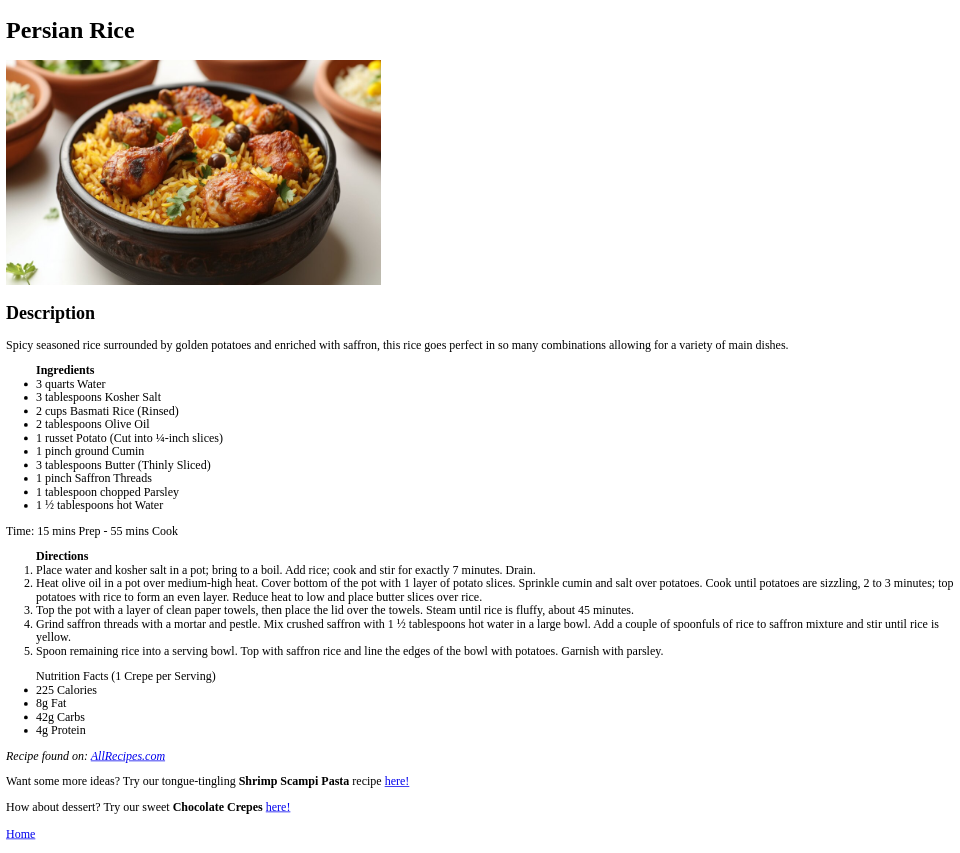
Repository: Mervens/odin-recipes
Page: recipes/persian-rice.html
The author's editor kept a copy of each file at every save. The page is drawn from the files as they stood at one save, then again after the next save.
The browser window is 1280 px wide. The pictures show the whole page, at 75% of full size.

Above is the page before, as saved 2025-06-22 12:08:25.

### recipes/persian-rice.html
<!DOCTYPE html>

<html lang="en">

<head>
    <meta charset="UTF-8">
    <title>Persian Rice | Odin Recipes</title>
</head>

<body>
    <h1 class="header">Persian Rice</h1>

    <img src="../recipes/images/Persian Rice.jpg"
        alt="Photo of Basmati Rice Dish. Image found on CCNull.de - linked in ReadME." height=300 width=500>
    <h2>Description</h2>
    <p>Spicy seasoned rice surrounded by golden potatoes and enriched with saffron, this rice goes perfect in so many
        combinations allowing for a variety of main dishes.</p>
    <ul><strong>Ingredients</strong>
        <li>3 quarts Water</li>
        <li>3 tablespoons Kosher Salt</li>
        <li>2 cups Basmati Rice (Rinsed)</li>
        <li>2 tablespoons Olive Oil</li>
        <li>1 russet Potato (Cut into ¼-inch slices)</li>
        <li>1 pinch ground Cumin</li>
        <li>3 tablespoons Butter (Thinly Sliced)</li>
        <li>1 pinch Saffron Threads</li>
        <li>1 tablespoon chopped Parsley</li>
        <li>1 ½ tablespoons hot Water</li>
    </ul>
    <p>Time: 15 mins Prep - 55 mins Cook</p>
    <ol class="directions"><strong>Directions</strong>
        <li>Place water and kosher salt in a pot; bring to a boil. Add rice; cook and stir for exactly 7 minutes. Drain.
        </li>
        <li>Heat olive oil in a pot over medium-high heat. Cover bottom of the pot with 1 layer of potato slices.
            Sprinkle cumin and salt over potatoes. Cook until potatoes are sizzling, 2 to 3 minutes; top potatoes with
            rice to form an even layer. Reduce heat to low and place butter slices over rice.
        </li>
        <li>Top the pot with a layer of clean paper towels, then place the lid over the towels. Steam until rice is
            fluffy, about 45 minutes.</li>
        <li>Grind saffron threads with a mortar and pestle. Mix crushed saffron with 1 ½ tablespoons hot water in a
            large bowl. Add a couple of spoonfuls of rice to saffron mixture and stir until rice is yellow.
        </li>
        <li>Spoon remaining rice into a serving bowl. Top with saffron rice and line the edges of the bowl with
            potatoes. Garnish with parsley.</li>
    </ol>
    <ul>
        Nutrition Facts (1 Crepe per Serving)
        <li>225 Calories</li>
        <li>8g Fat</li>
        <li>42g Carbs</li>
        <li>4g Protein</li>
    </ul>

    <p><em>Recipe found on:
            <a href="https://www.allrecipes.com/recipe/240606/persian-rice/" target="_blank"
                rel="noopener noreferrer">AllRecipes.com</em>
    </p>
    </a>
    <p>Want some more ideas? Try our tongue-tingling <strong>Shrimp Scampi Pasta </strong>recipe <a
            href="../recipes/pasta.html">here!</a>
    </p>
    <p>How about dessert? Try our sweet <strong>Chocolate Crepes </strong><a href="../recipes/crepe.html">here!</a>
        <br>
        <br>
        <a href="../index.html">Home</a>


</body>

</html>

### style.css
body {
    background-color:rgb(0,0,90,0.2);
    font-family: Garamond, "Times New Roman", serif;
}

.header {
    font-family: "Copperplate", Verdana, sans-serif;
    font-size:60px;
    text-align:center;

}

#recipe-link{
    background-color:rgb(255,255,255,0.3);
    margin:5px 5px 5px;
    box-sizing:border-box;
}

.recipe {
    color:rgba(241, 221, 0);
    text-align:left;
    box-sizing:border-box;
    padding:6px;
    border:10px;
}

.ingredients {

}

.directions {
    color:rgb(0,255,0,0.2)
}

After the next save:
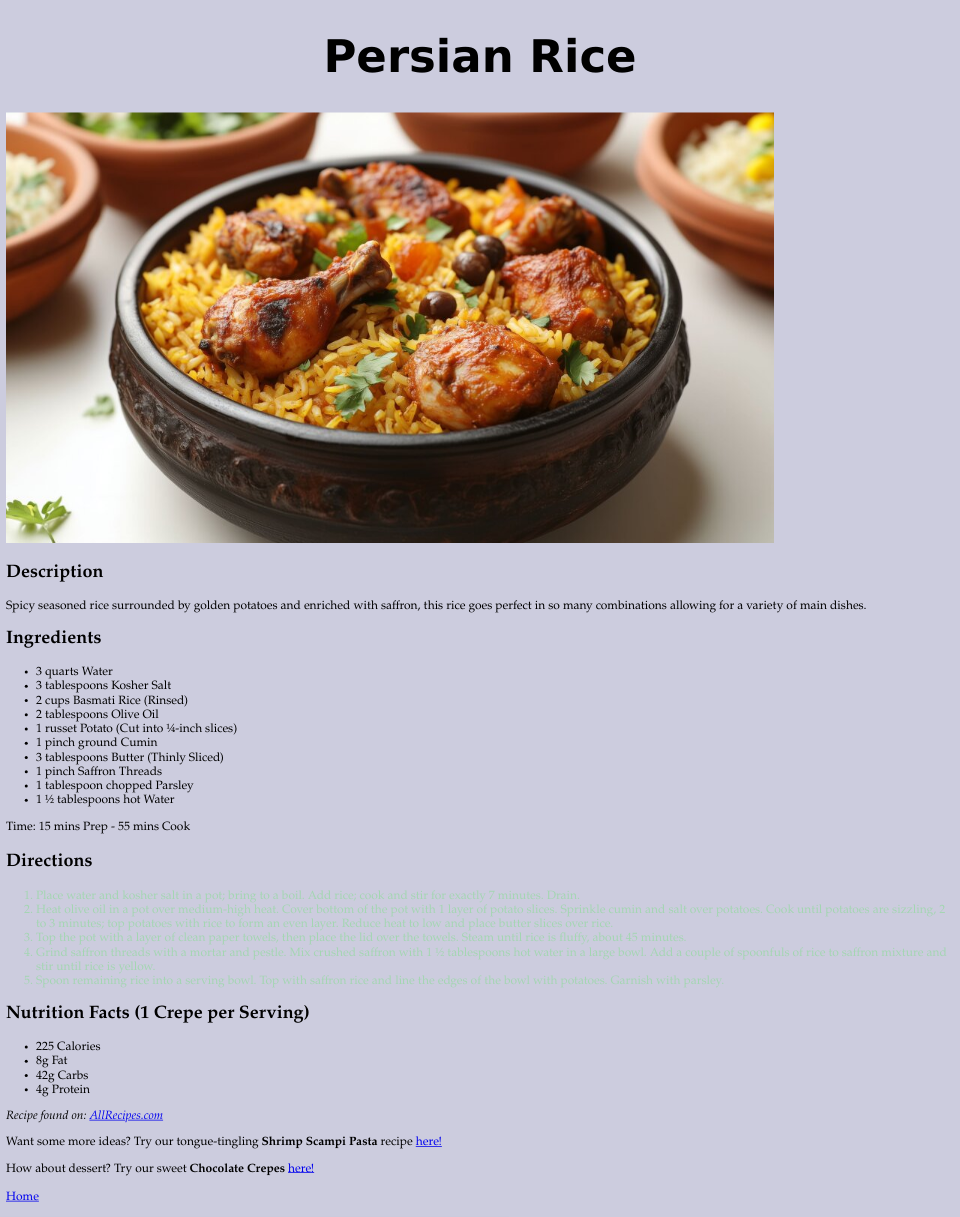
Saved 19 min 19 s later.
--- a/recipes/persian-rice.html
+++ b/recipes/persian-rice.html
@@ -5,17 +5,19 @@
 <head>
     <meta charset="UTF-8">
     <title>Persian Rice | Odin Recipes</title>
+    <link rel="stylesheet" href="../style.css">
 </head>
 
 <body>
     <h1 class="header">Persian Rice</h1>
 
-    <img src="../recipes/images/Persian Rice.jpg"
-        alt="Photo of Basmati Rice Dish. Image found on CCNull.de - linked in ReadME." height=300 width=500>
-    <h2>Description</h2>
+    <img class="main-img" src="../recipes/images/Persian Rice.jpg"
+        alt="Photo of Basmati Rice Dish. Image found on CCNull.de - linked in ReadME.">
+    <h2 class="minor-header">Description</h2>
     <p>Spicy seasoned rice surrounded by golden potatoes and enriched with saffron, this rice goes perfect in so many
         combinations allowing for a variety of main dishes.</p>
-    <ul><strong>Ingredients</strong>
+    <h2 class="minor-header"><strong>Ingredients</strong></h2>
+    <ul>
         <li>3 quarts Water</li>
         <li>3 tablespoons Kosher Salt</li>
         <li>2 cups Basmati Rice (Rinsed)</li>
@@ -28,7 +30,9 @@
         <li>1 ½ tablespoons hot Water</li>
     </ul>
     <p>Time: 15 mins Prep - 55 mins Cook</p>
-    <ol class="directions"><strong>Directions</strong>
+    <h2 class="minor-header">
+        </p><strong>Directions</strong></h2>
+    <ol class="directions">
         <li>Place water and kosher salt in a pot; bring to a boil. Add rice; cook and stir for exactly 7 minutes. Drain.
         </li>
         <li>Heat olive oil in a pot over medium-high heat. Cover bottom of the pot with 1 layer of potato slices.
@@ -43,8 +47,8 @@
         <li>Spoon remaining rice into a serving bowl. Top with saffron rice and line the edges of the bowl with
             potatoes. Garnish with parsley.</li>
     </ol>
+    <h2 class="minor-header">Nutrition Facts (1 Crepe per Serving)</h2>
     <ul>
-        Nutrition Facts (1 Crepe per Serving)
         <li>225 Calories</li>
         <li>8g Fat</li>
         <li>42g Carbs</li>
